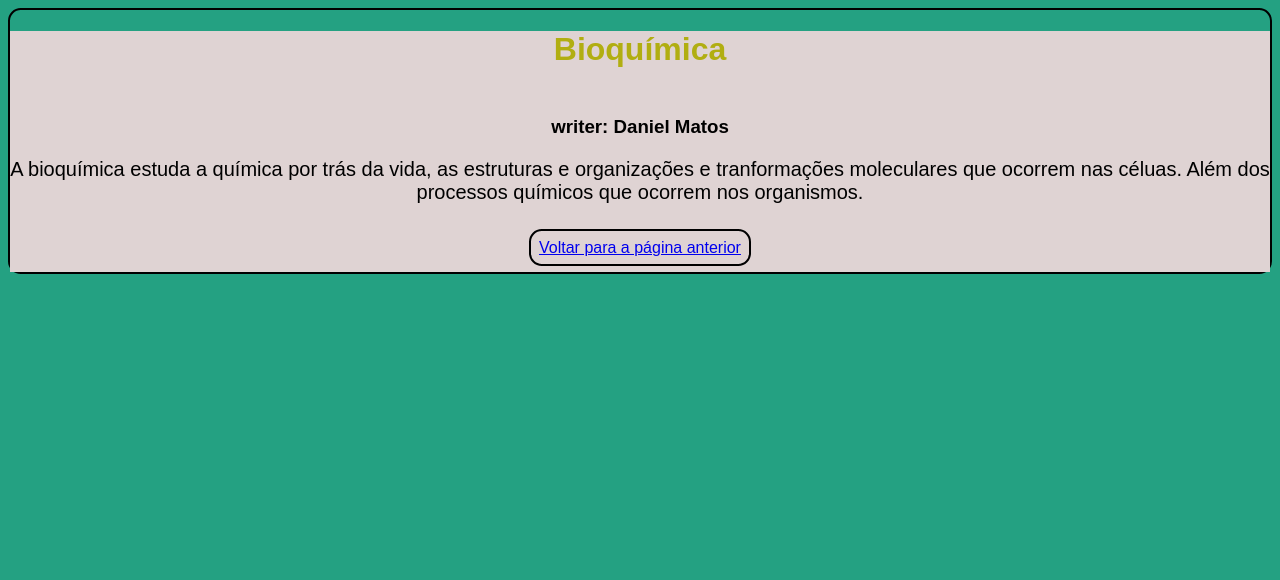
Repository: batmit/FutureFundation.github.io-1
Page: menu/articles/biologia/bioquimica.html
The author's editor kept a copy of each file at every save. The page is drawn from the files as they stood at one save, then again after the next save.
The browser window is 1280 px wide. The pictures show the whole page.

Above is the page before, as saved 2021-09-22 17:49:26.

### menu/articles/biologia/bioquimica.html
<!DOCTYPE html>
<html lang="pt-BR">
<head>
    <meta charset="UTF-8">
    <meta http-equiv="X-UA-Compatible" content="IE=edge">
    <meta name="viewport" content="width=device-width, initial-scale=1.0">
    <title>Bioquímica</title>
    <link rel="stylesheet" href="/menu/main.css">
</head>
<body>
    <div id="all">
        <header>
            <h1>Bioquímica</h1>
            <h3>writer: Daniel Matos</h3>
        </header>
        <p>A bioquímica estuda a química por trás da vida, as estruturas e organizações e tranformações moleculares que ocorrem nas céluas. Além dos processos químicos que ocorrem nos organismos. </p>


        <a href="./biologia.html">Voltar para a página anterior</a>
    </div>
</body>
</html>

### menu/main.css
body{

    text-align: center;

    border: black 2px solid;

    border-radius: 0.8rem;

    font-family: 'Ubuntu', arial;

    background-color: rgb(36, 161, 130);


}

#articles {
    gap: 3px;
}

#all{

    background-color: rgb(223, 211, 211);

}


#codigo{
    text-align:left;

}


img{
    text-align: center;
    justify-content: center;

}

p{
    font-size: 20px;
    font-family: 'Ubuntu', arial;
}

a{
    border: 2px solid black;

    border-radius: 0.8rem;

    box-sizing: border-box;

    padding: 0.5rem;

    line-height:3rem;

    margin: 2px;


}

a:hover{

    background-color:#F0FFFF;

}

h1{

    margin-bottom: 3rem;

    color: rgb(177, 174, 17);

}

audio {
    -webkit-transition:all 0.5s linear;
    -moz-transition:all 0.5s linear;
    -o-transition:all 0.5s linear;
    transition:all 0.5s linear;
    -moz-box-shadow: 2px 2px 4px 0px #006773;
    -webkit-box-shadow:  2px 2px 4px 0px #006773;
    box-shadow: 2px 2px 4px 0px #006773;
    -moz-border-radius:7px 7px 7px 7px ;
    -webkit-border-radius:7px 7px 7px 7px ;
    border-radius:7px 7px 7px 7px ;
}

audio:hover, audio:focus, audio:active {

-webkit-box-shadow: 15px 15px 20px rgba(0,0, 0, 0.4);
-moz-box-shadow: 15px 15px 20px rgba(0,0, 0, 0.4);
box-shadow: 15px 15px 20px rgba(0,0, 0, 0.4);
-webkit-transform: scale(1.05);
-moz-transform: scale(1.05);
transform: scale(1.05);

}



@media (max-width: 900px) {


    a{

        display: block;
        line-height: 0.5rem;
        padding: 1rem;

    }

    #img{
        text-align: right;
    }

}

@media (prefers-color-scheme: dark) {
    #all{

        background-color: rgb(90, 73, 73);

    }

    h1{
        color: white
    }

    p{
        color: white;
    }

    a{
        background-color: aqua;
    }

    h3{
        color: white;
    }

    strong {
        color: white;
    }


}

After the next save:
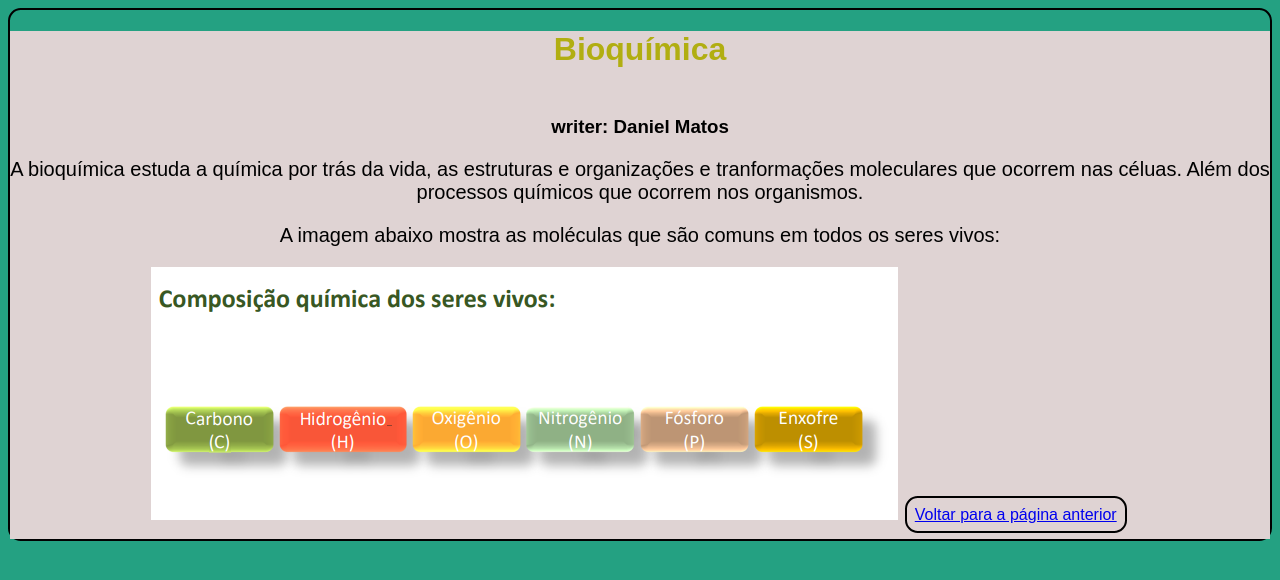
Saved 112 s later.
--- a/menu/articles/biologia/bioquimica.html
+++ b/menu/articles/biologia/bioquimica.html
@@ -13,7 +13,9 @@
             <h1>Bioquímica</h1>
             <h3>writer: Daniel Matos</h3>
         </header>
-        <p>A bioquímica estuda a química por trás da vida, as estruturas e organizações e tranformações moleculares que ocorrem nas céluas. Além dos processos químicos que ocorrem nos organismos. </p>
+        <p>A bioquímica estuda a química por trás da vida, as estruturas e organizações e tranformações moleculares que ocorrem nas céluas. Além dos processos químicos que ocorrem nos organismos.</p>
+        <p>A imagem abaixo mostra as moléculas que são comuns em todos os seres vivos: </p>
+        <img src="/images/formação_seres_vivos.PNG" alt="">
 
 
         <a href="./biologia.html">Voltar para a página anterior</a>
